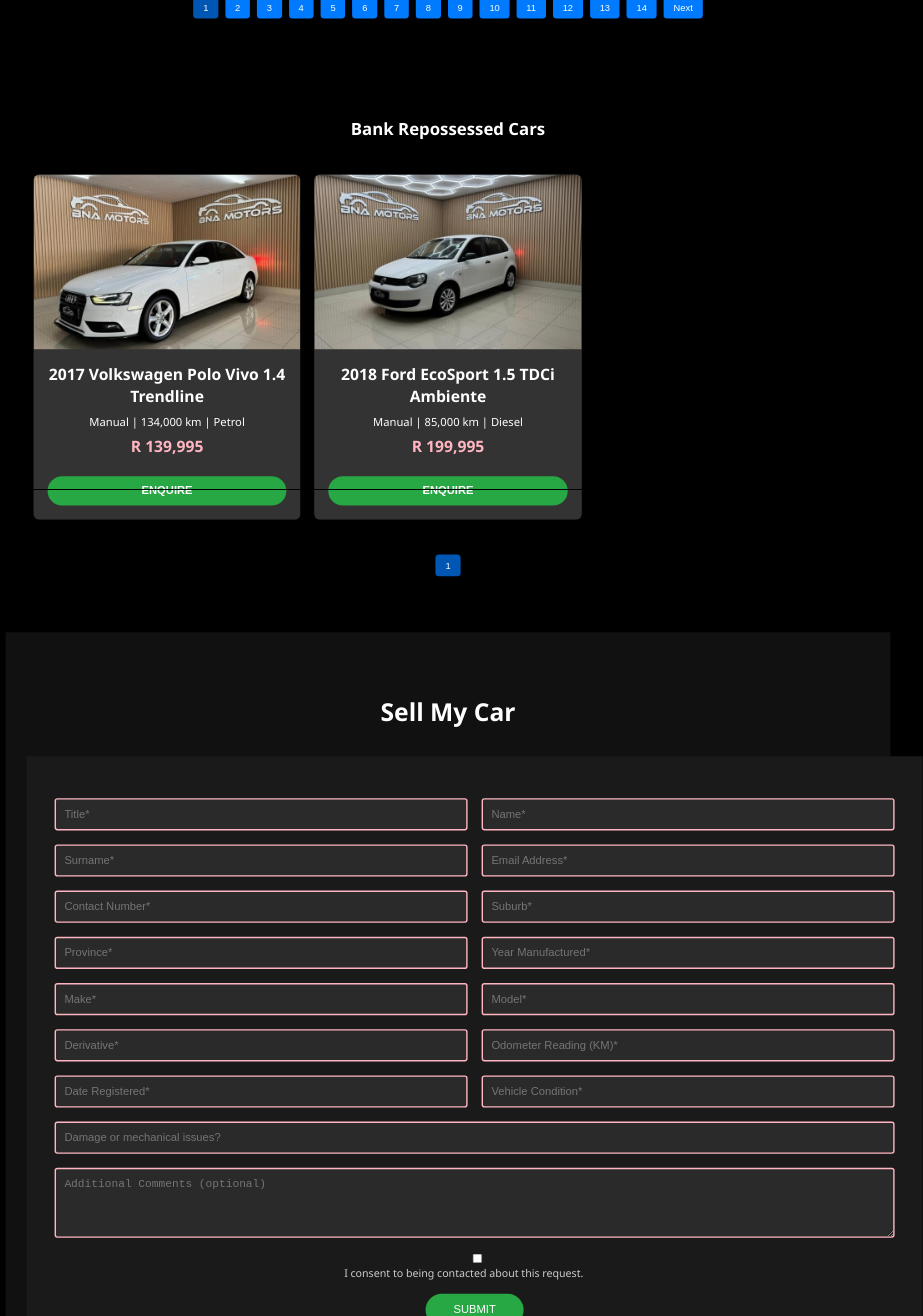
Repository: The-man-of-books/BNA2
Page: index.html
The author's editor kept a copy of each file at every save. The page is drawn from the files as they stood at one save, then again after the next save.
The browser window is 1280 px wide. The page is 1318 px wide, so the pictures cover 1318 px, including what lies to the right of the window. The pictures show the part of the page from y = 2205 to 4085 px (the page is 9687 px tall before and 10200 px after), at 70% of full size.

Above is the page before, as saved 2025-07-02 19:39:46.

### index.html
<!DOCTYPE html>
<html lang="en">
<head>
  <meta charset="UTF-8" />
  <meta name="viewport" content="width=device-width, initial-scale=1.0"/>
  <title>BNA Motors</title>
  <link rel="stylesheet" href="style.css" />
  <!-- Slick Carousel CSS -->

</head>

<header class="bna-header">
  <!-- Top Logo Row -->
  <a href="#" class="logo">

      <img src="images/OPT_2.png" alt="BNA Motors Logo" />
    </a>

  <!-- Navigation Bar -->
  <nav class="main-nav">
    <ul>
      <li><a href="#">HOME</a></li>
      <li><a href="#vehicle-listings">PRE-OWNED</a></li>
      <li><a href="#sell-my-car">SELL MY CAR</a></li>
      <li><a href="#finance-application">FINANCE</a></li>
      <li><a href="#contact-us">CONTACT</a></li>
      <li><a href="#bank-repo">BANK REPOSSESSED CARS</a></li>
      <li>
        <a href="https://wa.me/27783350897?text=Website%20Inquiry%20-%20Please%20Contact%20Me" target="_blank">
          WHATSAPP <img src="https://upload.wikimedia.org/wikipedia/commons/6/6b/WhatsApp.svg" alt="WhatsApp" class="whatsapp-icon" />
        </a>
      </li>
    </ul>
  </nav>


</header>
<section class="carousel">
  <div class="carousel-container">
    <ul class="carousel-track">
      <li class="carousel-slide">
        <img src="images/BNA9610-1.jpeg" alt="Car 1" />
      </li>
      <li class="carousel-slide">
        <img src="images/BNA9544-1.jpeg" alt="Car 2" />
      </li>
      <li class="carousel-slide">
        <img src="images/BNA9382-5.jpeg" alt="Car 3" />
      </li>
    </ul>
  </div>

  <button class="carousel-button carousel-button-left">&#10094;</button>
  <button class="carousel-button carousel-button-right">&#10095;</button>
</section>
<body>
<section class="hero-message">
  <div class="hero-text">
    <h1>WELCOME TO BNA MOTORS</h1>
    <div class="underline"></div>
    <p>QUALITY PRE-OWNED VEHICLES IN THE WESTERN CAPE</p>
  </div>

  <div class="hero-actions">
    <button class="compare-btn">COMPARE SELECTED VEHICLES</button>
  </div>

</section>

<section id="vehicle-listings" class="vehicle-listings">
  <h2 style="color: white; text-align: center; margin-bottom: 30px;">Available Vehicles</h2>

  <div id="mainCarGrid" class="vehicle-grid"></div>

  <div id="mainCarPagination" class="pagination"></div>

  <p id="mainCarStatus" style="color: #ffff00; text-align: center;"></p>
</section>



<section id="bank-repo" class="vehicle-listings">
  <div class="container">
    <h2 style="color: white; text-align: center; margin-bottom: 30px;">Bank Repossessed Cars</h2>

    <div id="bankRepoGrid" class="vehicle-grid"></div>

    <div id="pagination" class="pagination"></div>
  </div>
  <p id="jsonStatus" style="color: #ffff00; text-align: center;"></p>
</section>


<section id="sell-my-car" class="sell-my-car-section">
  <h2>Sell My Car</h2>
  <form action="https://formspree.io/f/YOUR_FORM_ID" method="POST" class="sell-my-car-form">
    <div class="form-row">
      <input type="text" name="title" placeholder="Title*" required>
      <input type="text" name="name" placeholder="Name*" required>
    </div>
    <div class="form-row">
      <input type="text" name="surname" placeholder="Surname*" required>
      <input type="email" name="email" placeholder="Email Address*" required>
    </div>
    <div class="form-row">
      <input type="text" name="contact" placeholder="Contact Number*" required>
      <input type="text" name="suburb" placeholder="Suburb*" required>
    </div>
    <div class="form-row">
      <input type="text" name="province" placeholder="Province*" required>
      <input type="text" name="year" placeholder="Year Manufactured*" required>
    </div>
    <div class="form-row">
      <input type="text" name="make" placeholder="Make*" required>
      <input type="text" name="model" placeholder="Model*" required>
    </div>
    <div class="form-row">
      <input type="text" name="derivative" placeholder="Derivative*" required>
      <input type="text" name="odometer" placeholder="Odometer Reading (KM)*" required>
    </div>
    <div class="form-row">
      <input type="text" name="date" placeholder="Date Registered*" required>
      <input type="text" name="condition" placeholder="Vehicle Condition*" required>
    </div>
    <div class="form-row">
      <input type="text" name="damage" placeholder="Damage or mechanical issues?" required>
    </div>
    <div class="form-row">
      <textarea name="comment" placeholder="Additional Comments (optional)"></textarea>
    </div>
    <div class="form-row checkbox-row">
      <label>
        <input type="checkbox" required>
        I consent to being contacted about this request.
      </label>
    </div>
    <div class="form-row">
      <button type="submit">SUBMIT</button>
    </div>
  </form>
</section>

<section id="finance-application" class="finance-form-section">
  <h2>Finance Application</h2>
  <form action="https://formspree.io/f/YOUR_FORM_ID" method="POST" class="finance-form">
    <!-- VEHICLE -->
    <div class="form-row">
      <label>Which Vehicle (e.g. 2010 2.0)</label>
      <input type="text" name="vehicle_description" required>
    </div>

    <!-- PERSONAL DETAILS -->
    <h3>Personal Details</h3>
    <div class="form-row">
      <select name="title" required>
        <option value="">- Select -</option>
        <option>Mr</option><option>Ms</option><option>Mrs</option>
      </select>
      <input type="text" name="surname" placeholder="Surname*" required>
      <input type="text" name="full_names" placeholder="Full Names*" required>
    </div>
    <div class="form-row">
      <input type="text" name="cell" placeholder="Cell Number*" required>
      <input type="email" name="email" placeholder="Email Address*" required>
      <input type="text" name="sex" placeholder="Sex*" required>
    </div>
    <div class="form-row">
      <input type="text" name="id_number" placeholder="ID Number*" required>
      <input type="number" name="dependants" placeholder="No. of Dependants*" required>
    </div>
    <div class="form-row">
      <select name="marital_status">
        <option value="">Not Selected</option>
        <option>Single</option><option>Married</option><option>Divorced</option>
      </select>
      <select name="marital_contract">
        <option value="">Not Selected</option>
        <option>In community</option><option>Out of community</option>
      </select>
    </div>
    <div class="form-row">
      <input type="text" name="marriage_day" placeholder="Marriage Day (dd)">
      <input type="text" name="marriage_month" placeholder="Marriage Month (mm)">
      <input type="text" name="marriage_year" placeholder="Marriage Year (yyyy)">
    </div>

    <!-- HOME ADDRESS -->
    <h3>Home Address</h3>
    <div class="form-row">
      <input type="text" name="street1" placeholder="Street 1">
      <input type="text" name="street2" placeholder="Street 2">
      <input type="text" name="street3" placeholder="Street 3">
    </div>
    <div class="form-row">
      <input type="text" name="suburb" placeholder="Suburb">
      <input type="text" name="city" placeholder="City">
      <input type="text" name="postal_code" placeholder="Postal Code">
    </div>
    <div class="form-row">
      <input type="text" name="duration_at_address" placeholder="How long have you stayed? (Years/Months)">
    </div>

    <!-- POSTAL ADDRESS -->
    <h3>Postal Address</h3>
    <div class="form-row">
      <input type="text" name="po_box1" placeholder="P.O. Box 1">
      <input type="text" name="po_box2" placeholder="P.O. Box 2">
      <input type="text" name="po_box3" placeholder="P.O. Box 3">
    </div>
    <div class="form-row">
      <input type="text" name="po_suburb" placeholder="P.O. Box Suburb">
      <input type="text" name="po_city" placeholder="P.O. Box City">
      <input type="text" name="po_postal_code" placeholder="P.O. Box Postal Code">
    </div>

    <!-- CONTACTS -->
    <div class="form-row">
      <input type="text" name="tel_home" placeholder="Telephone (Home)">
      <input type="text" name="tel_work" placeholder="Telephone (Work)">
    </div>
    <div class="form-row">
      <input type="text" name="spouse_name" placeholder="Spouse Name (if married)">
      <input type="text" name="spouse_id" placeholder="Spouse ID">
      <input type="text" name="spouse_cell" placeholder="Spouse Cell">
    </div>

    <!-- REFERENCE -->
    <h3>Reference (Not living with you)</h3>
    <div class="form-row">
      <input type="text" name="ref_name" placeholder="Name">
      <input type="text" name="ref_surname" placeholder="Surname">
      <input type="text" name="ref_cell" placeholder="Cell Number">
      <input type="text" name="ref_relationship" placeholder="Relationship">
    </div>
    <div class="form-row">
      <input type="text" name="ref_address" placeholder="Address">
    </div>

    <!-- EMPLOYMENT -->
    <h3>Employer Details</h3>
    <div class="form-row">
      <input type="text" name="employer" placeholder="Company Name">
      <input type="text" name="manager" placeholder="Manager's Name">
      <select name="occupation">
        <option value="">Occupation</option>
        <option>Clerk</option><option>Supervisor</option><option>Other</option>
      </select>
    </div>
    <div class="form-row">
      <input type="text" name="work_duration" placeholder="Time at Job (Years/Months)">
      <input type="text" name="employer_address" placeholder="Employer Address">
      <input type="text" name="employer_tel" placeholder="Employer Telephone">
    </div>
    <div class="form-row">
      <input type="text" name="pay_date" placeholder="When do you get paid?">
    </div>

    <!-- BANKING -->
    <h3>Banking Details</h3>
    <div class="form-row">
      <select name="bank">
        <option value="">Who do you bank with?</option>
        <option>ABSA</option><option>FNB</option><option>Standard Bank</option>
      </select>
      <select name="account_type">
        <option value="">Type of Account</option>
        <option>Cheque</option><option>Savings</option><option>Credit</option>
      </select>
    </div>
    <div class="form-row">
      <input type="text" name="branch_name" placeholder="Bank Branch Name">
      <input type="text" name="account_number" placeholder="Account Number">
      <input type="text" name="branch_number" placeholder="Branch Code">
    </div>
    <div class="form-row">
      <input type="text" name="account_holder" placeholder="Name of Account Holder">
    </div>

    <!-- INCOME & EXPENSES -->
    <h3>Income and Expenses</h3>
    <div class="form-row">
      <input type="text" name="income_before" placeholder="Income Before Deductions">
      <input type="text" name="income_after" placeholder="Income After Deductions">
      <input type="text" name="expenses_total" placeholder="Total Expenses (Rent, Food, etc)">
    </div>
    <div class="form-row">
      <textarea name="expenses_breakdown" placeholder="Breakdown: Bond, Water, Transport, Loans, Credit Cards, Food, Clothing, Insurance, etc" rows="5"></textarea>
    </div>

    <!-- AGREEMENT -->
    <div class="form-row agreement">
      <label>
        <input type="checkbox" required>
        I hereby consent to a credit check and declare all info provided is true and correct.
      </label>
    </div>

    <div class="form-row">
      <button type="submit">SUBMIT</button>
    </div>
  </form>
</section>

<section id="contact-us" class="contact-form-section">
  <h2>Contact Us</h2>

  <div class="contact-info">
    <h3>Contact Details</h3>
    <ul>
      <li><strong>Tel:</strong> 073 469 7077 / 081 595 3914</li>
      <li><strong>Website:</strong> <a href="http://www.bnamotors.co.za" target="_blank">www.bnamotors.co.za</a></li>
      <li><strong>Email:</strong> <a href="mailto:bnamotorssales@gmail.com">bnamotorssales@gmail.com</a></li>
      <li><strong>Address:</strong> 255 Voortrekker Road, Goodwood; 374 Voortrekker Road, Parow; 402 Voortrekker Road, Parow, Cape Town, 7500</li>
      <li><strong>Postal:</strong> 402 Voortrekker Road, Parow, Cape Town, 7500</li>
    </ul>

    <h3>Business Hours</h3>
    <ul>
      <li><strong>Vehicle and Parts Sales:</strong> Monday to Friday - 08:00 to 18:00</li>
      <li><strong>Saturdays:</strong> 08:00 to 14:00</li>
      <li><strong>Public Holidays:</strong> 08:00 to 14:00</li>
      <li><strong>Sundays:</strong> Closed</li>
    </ul>
  </div>

  <form action="https://formspree.io/f/YOUR_FORM_ID" method="POST" class="contact-form">
    <h3>Contact Form</h3>

    <div class="form-row">
      <input type="text" name="name" placeholder="Name*" required>
      <input type="text" name="surname" placeholder="Surname*" required>
    </div>
    <div class="form-row">
      <input type="tel" name="telephone" placeholder="Telephone*" required>
      <input type="email" name="email" placeholder="Email*" required>
    </div>
    <div class="form-row">
      <textarea name="comments" placeholder="Comments*" required></textarea>
    </div>

    <div class="form-row">
      <label for="contact-method">Preferred Contact Method:</label>
      <select name="preferred_contact_method" id="contact-method">
        <option value="phone">Phone (call)</option>
        <option value="email">Email</option>
      </select>
    </div>

    <div class="form-row">
      <label>
        <input type="checkbox" name="consent" required>
        I hereby give my consent to all related parties for the collection and use of this information.
      </label>
    </div>

    <div class="form-row">
      <button type="submit">SUBMIT</button>
    </div>
  </form>

  <h3>Branch Details</h3>
  <div class="branch-details">
    <ul>
      <li>
        <strong>374 Voortrekker Road</strong><br>
        Address: 374 Voortrekker Road, Parow, Cape Town, 7501<br>
        Contact: 087 510 0928
      </li>
      <li>
        <strong>403 Voortrekker Road</strong><br>
        Address: 403 Voortrekker Road, Parow, Cape Town, 7500<br>
        Contact: 087 510 0928
      </li>
      <li>
        <strong>255 Voortrekker Road</strong><br>
        Address: 255 Voortrekker Road, Goodwood, Cape Town, 7460<br>
        Contact: 087 510 0928
      </li>
    </ul>
  </div>

  <h3>Sales Department Contacts</h3>
  <ul>
    <li><strong>Rushion Saralina (Sales Manager)</strong><br>Tel: 087 510 0928 | Cell: 078 335 0897 | Email: <a href="mailto:bnamotorssales@gmail.com">bnamotorssales@gmail.com</a></li>
    <li><strong>Marthernic Swartz (Sales Executive)</strong><br>Tel: 073 469 7077 | Cell: 060 492 5793 | Email: <a href="mailto:mswartz@bnamotors.co.za">mswartz@bnamotors.co.za</a></li>
  </ul>
</section>

<script src="script.js"></script>

<!-- Place this in your HTML where the cards should load -->
<div id="bankRepoGrid" class="vehicle-grid"></div>
<p id="statusMsg" style="text-align:center;color:orange;"></p>

<!-- jQuery + Slick Carousel (Keep only if you're using Slick elsewhere) -->
<script src="https://code.jquery.com/jquery-3.6.0.min.js"></script>
<script src="https://cdn.jsdelivr.net/npm/slick-carousel@1.8.1/slick/slick.min.js"></script>

<script>
document.addEventListener("DOMContentLoaded", () => {
  const grid = document.getElementById("bankRepoGrid");
  const pagination = document.getElementById("pagination");
  const carsPerPage = 6;
  let currentPage = 1;
  let allCars = [];

  fetch('bank-repo-cars.json')
    .then(res => {
      if (!res.ok) throw new Error("Failed to fetch cars.");
      return res.json();
    })
    .then(data => {
      if (!Array.isArray(data)) throw new Error("Invalid JSON structure.");
      allCars = data;
      renderPage(currentPage);
      renderPagination();
      attachEnquireHandlers();
    })
    .catch(err => {
      grid.innerHTML = `<p style="color:red;">❌ Failed to load cars: ${err.message}</p>`;
      console.error(err);
    });

  function renderPage(page) {
    grid.innerHTML = '';
    const start = (page - 1) * carsPerPage;
    const end = start + carsPerPage;
    const pageCars = allCars.slice(start, end);

    pageCars.forEach(car => {
      const card = document.createElement('div');
      card.className = 'vehicle-card';
      card.innerHTML = `
        <img src="${car.image}" alt="${car.title}" />
        <div class="vehicle-info">
          <h3>${car.title}</h3>
          <p>${car.desc}</p>
          <p class="price">${car.price}</p>
          <button class="enquire-btn">ENQUIRE</button>
        </div>
      `;
      grid.appendChild(card);
    });

    attachEnquireHandlers(); // re-bind after rendering
  }

  function renderPagination() {
    pagination.innerHTML = '';
    const totalPages = Math.ceil(allCars.length / carsPerPage);

    for (let i = 1; i <= totalPages; i++) {
      const btn = document.createElement('button');
      btn.textContent = i;
      if (i === currentPage) btn.classList.add('active');
      btn.addEventListener('click', () => {
        currentPage = i;
        renderPage(currentPage);
        renderPagination();
      });
      pagination.appendChild(btn);
    }

    if (currentPage < totalPages) {
      const nextBtn = document.createElement('button');
      nextBtn.textContent = 'Next';
      nextBtn.addEventListener('click', () => {
        currentPage++;
        renderPage(currentPage);
        renderPagination();
      });
      pagination.appendChild(nextBtn);
    }
  }

  function attachEnquireHandlers() {
    document.querySelectorAll('.enquire-btn').forEach(btn => {
      btn.addEventListener('click', () => {
        const card = btn.closest('.vehicle-card');
        const title = card.querySelector('h3').textContent;
        // Formspree version (recommended)
        window.location.href = `enquire.html?vehicle=${encodeURIComponent(title)}`;
        // Or open mail client:
        // window.location.href = `mailto:andy@bnamotors.co.za?subject=Enquiry about ${encodeURIComponent(title)}&body=Hi, I'm interested in the ${encodeURIComponent(title)}. Please send more info.`;
      });
    });
  }
});
</script>

<footer class="footer">
  <div class="footer-content">
    <div class="footer-logo">
      <img src="images/BNA_FOOTER_LOGO_V1.png" alt="BNA Motors" />
    </div>
    <div class="footer-info">
      <ul>
        <li><strong>Contact:</strong> 078 335 0897 / 087 510 0928</li>
        <li><strong>Email:</strong> <a href="mailto: bnamotorssales@gmail.com">bnamotorssales@gmail.com</a></li>
        <li><strong>Address:</strong> 255 Voortrekker Road, Goodwood; 374 Voortrekker Road, Parow; 402 Voortrekker Road, Parow, Cape Town, 7500</li>
        <li><strong>Website:</strong> <a href="http://www.bnamotors.co.za" target="_blank">www.bnamotors.co.za</a></li>
      </ul>
    </div>
    <div class="footer-social">
      <a href="https://www.facebook.com/share/1Nx6f48hyD/" target="_blank">Facebook</a> |
      <a href="#" target="_blank">Instagram</a> |
      <a href="#" target="_blank">Twitter</a>
    </div>
  </div>
  <div class="footer-bottom">
    <p>&copy; 2025 BNA Motors. All Rights Reserved.</p>
  </div>
</footer>

<form id="enquiryForm" action="https://formspree.io/f/your_form_id" method="POST" style="display: none;">
  <input type="hidden" name="vehicle" id="vehicleName">
  <input type="text" name="name" placeholder="Your Name" required>
  <input type="email" name="email" placeholder="Your Email" required>
  <textarea name="message" placeholder="Your message" required></textarea>
  <button type="submit">Send Enquiry</button>
</form>


<!-- WhatsApp Floating Button -->
<a href="https://wa.me/27783350897?text=Hi%20BNA%20Motors,%20I'm%20interested%20in%20a%20vehicle."
   class="whatsapp-float"
   target="_blank"
   aria-label="Chat on WhatsApp">
  <img src="https://upload.wikimedia.org/wikipedia/commons/6/6b/WhatsApp.svg" alt="WhatsApp" />
</a>

</body>
</html>

### bank-repo-cars.json
[
  {
    "title": "2017 Volkswagen Polo Vivo 1.4 Trendline",
    "desc": "Manual | 134,000 km | Petrol",
    "price": "R 139,995",
    "image": "images/BNA9122-11.jpeg"
  },
  {
    "title": "2018 Ford EcoSport 1.5 TDCi Ambiente",
    "desc": "Manual | 85,000 km | Diesel",
    "price": "R 199,995",
    "image": "images/BNA9670-1.jpeg"
  }
]

Loaded but not shown: cars.json (468 lines, source omitted); script.js (195 lines, source omitted); style.css (915 lines, source omitted)

After the next save:
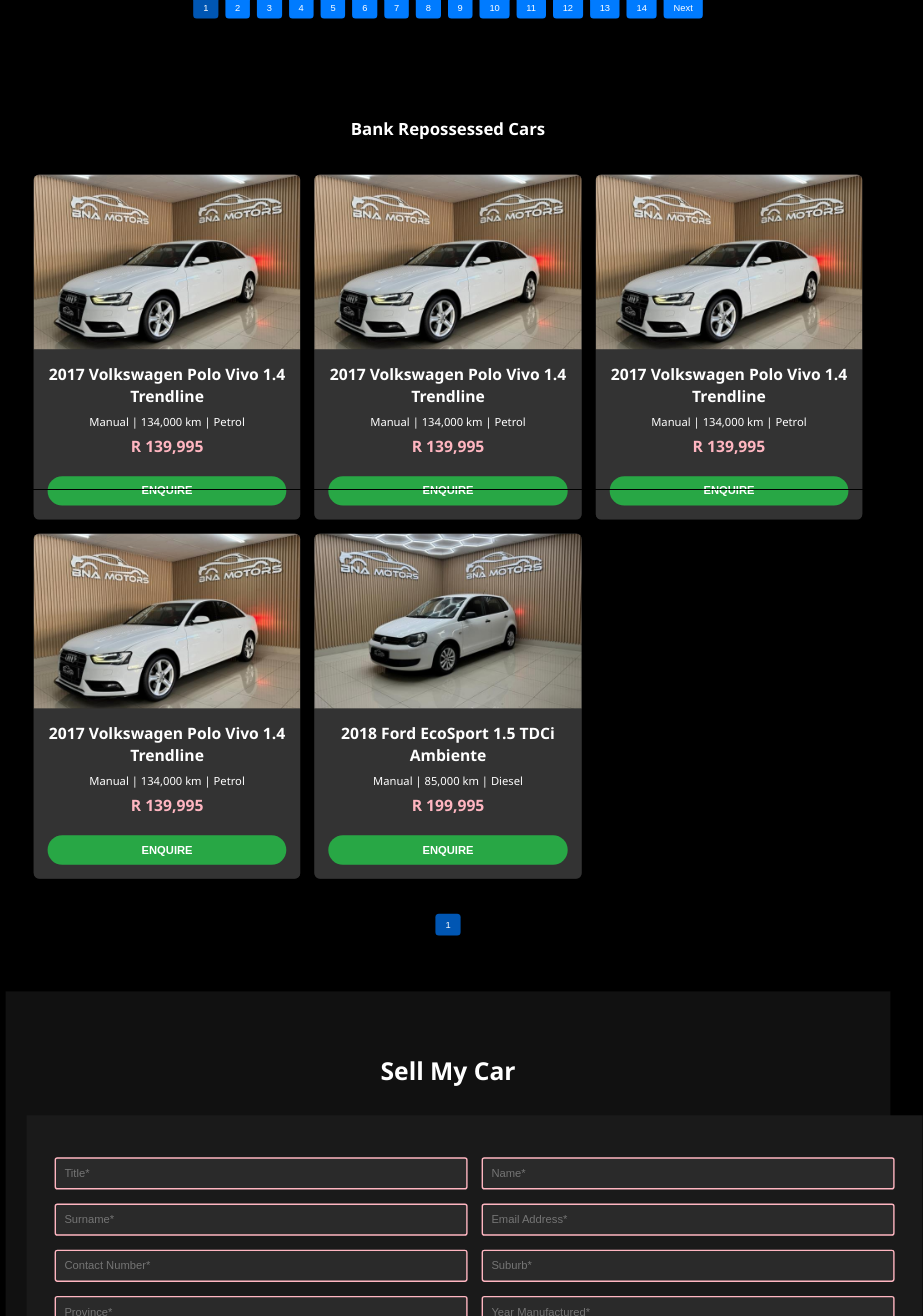
Saved 97 s later.
--- a/bank-repo-cars.json
+++ b/bank-repo-cars.json
@@ -1,4 +1,22 @@
 [
+  {
+    "title": "2017 Volkswagen Polo Vivo 1.4 Trendline",
+    "desc": "Manual | 134,000 km | Petrol",
+    "price": "R 139,995",
+    "image": "images/BNA9122-11.jpeg"
+  },
+  {
+    "title": "2017 Volkswagen Polo Vivo 1.4 Trendline",
+    "desc": "Manual | 134,000 km | Petrol",
+    "price": "R 139,995",
+    "image": "images/BNA9122-11.jpeg"
+  },
+  {
+    "title": "2017 Volkswagen Polo Vivo 1.4 Trendline",
+    "desc": "Manual | 134,000 km | Petrol",
+    "price": "R 139,995",
+    "image": "images/BNA9122-11.jpeg"
+  },
   {
     "title": "2017 Volkswagen Polo Vivo 1.4 Trendline",
     "desc": "Manual | 134,000 km | Petrol",
